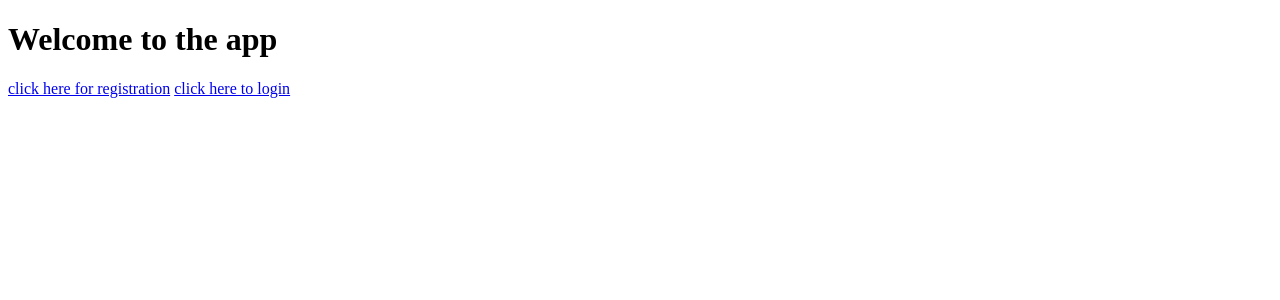
Repository: Indra0011/git_java_practice
Page: eclipse-workspace/servletMVCProject1/src/main/webapp/index.html
An editor plug-in stored every save of this project. The page is shown before and after the next save, followed by the edit.
The browser window is 1280 px wide. The pictures show the whole page.

Above is the page before, as saved 2023-10-05 10:50:43.

After the next save:
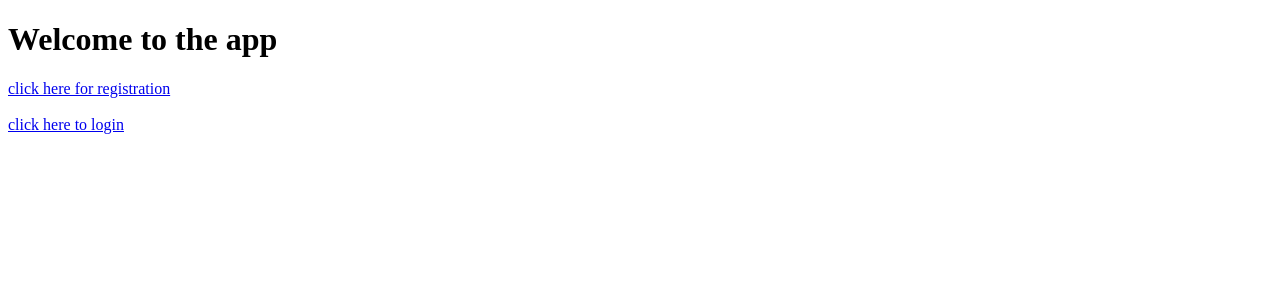
Saved 75 s later.
--- a/eclipse-workspace/servletMVCProject1/src/main/webapp/index.html
+++ b/eclipse-workspace/servletMVCProject1/src/main/webapp/index.html
@@ -7,7 +7,7 @@
 <body>
 	<h1> Welcome to the app</h1>
 
-	<a href="register.html"> click here for registration</a>
+	<a href="register.html"> click here for registration</a> <br/> <br/>
 	<a href="login.html"> click here to login</a>
 
 
